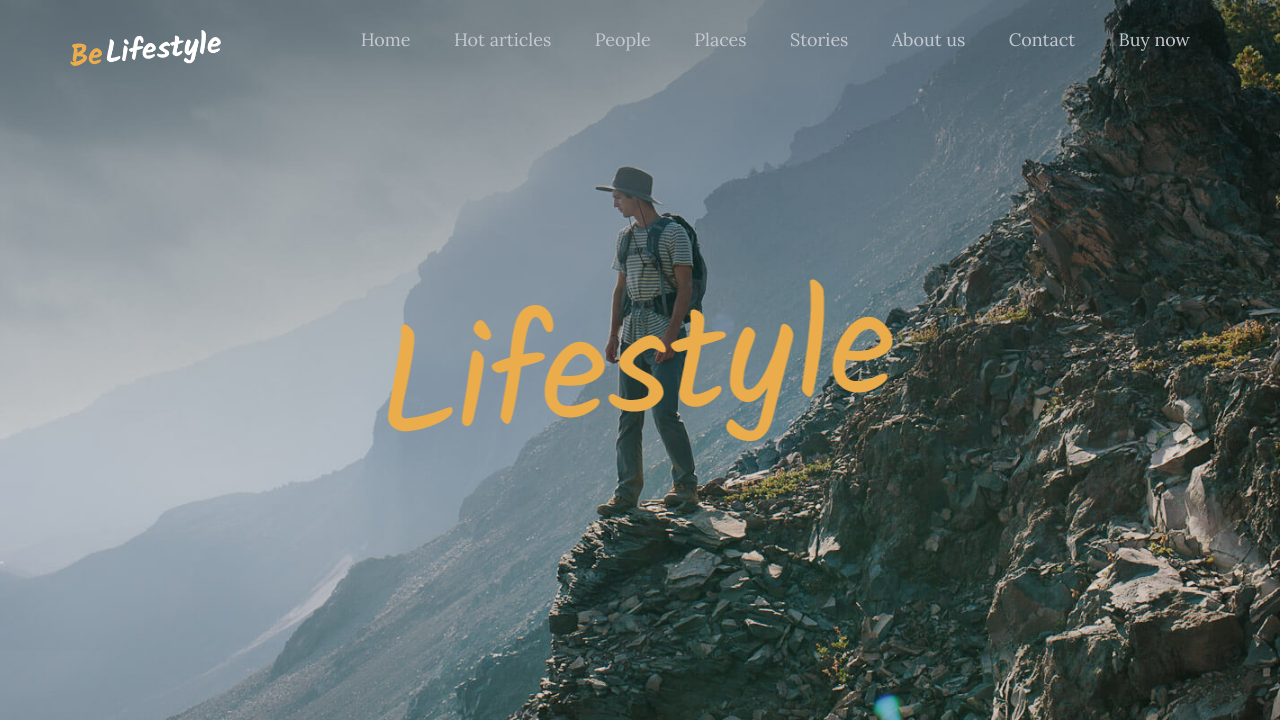
Repository: MalgorzataMazur/BeLife
Page: index.html
An editor plug-in stored every save of this project. The page is shown before and after the next save, followed by the edit.
The browser window is 1280 px wide. The pictures show the whole page.

Above is the page before, as saved 2019-10-31 19:37:03.

After the next save:
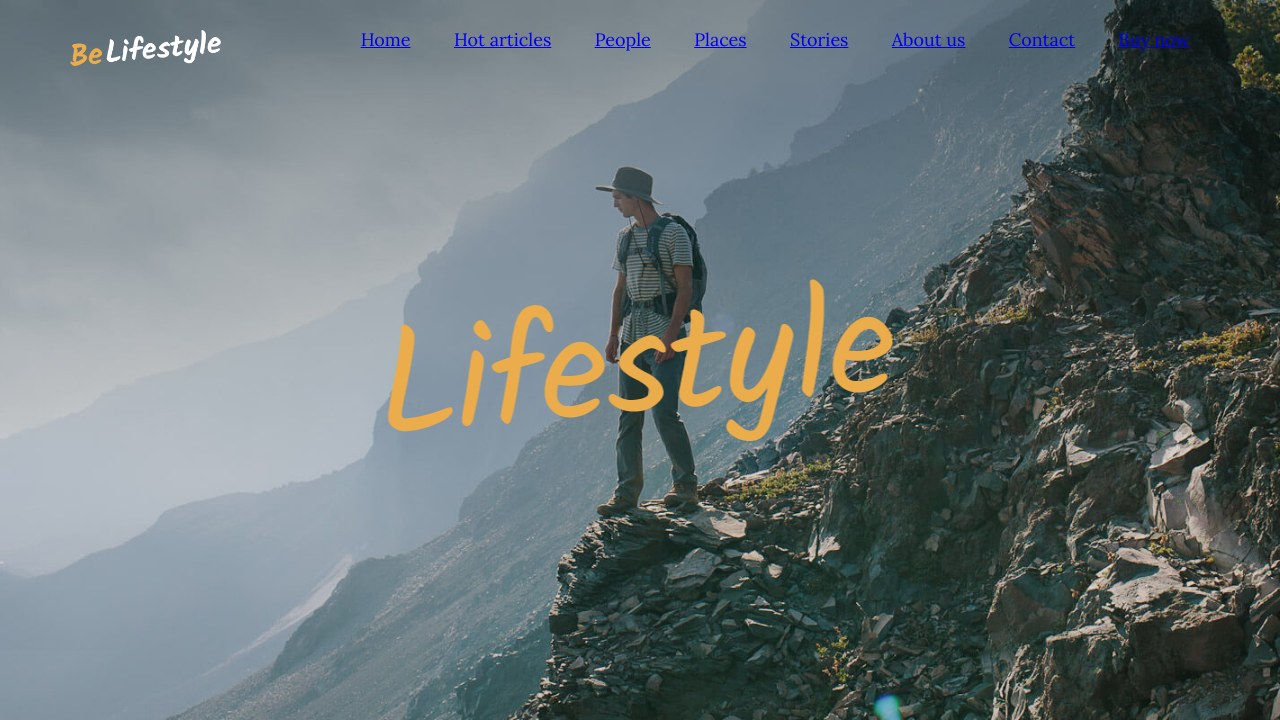
Saved 94 s later.
--- a/resources/css/style.css
+++ b/resources/css/style.css
@@ -64,6 +64,17 @@ header {
 
 }
 
+ul li:first-child:link,
+ul li:first-child:visited {
+    color: #ffffff;
+    font-weight: 400;
+}
+
+
+ul li:first-child :hover,
+ul li:first-child :active {
+    display: none;
+
 .main-nav li a:link,
 .main-nav li a:visited {
     color: #C6CAD0;
@@ -79,8 +90,6 @@ ul li:first-child:link,
 ul li:first-child:visited {
     color: #ffffff;
     font-weight: 400;
-
-
 }
 
 
